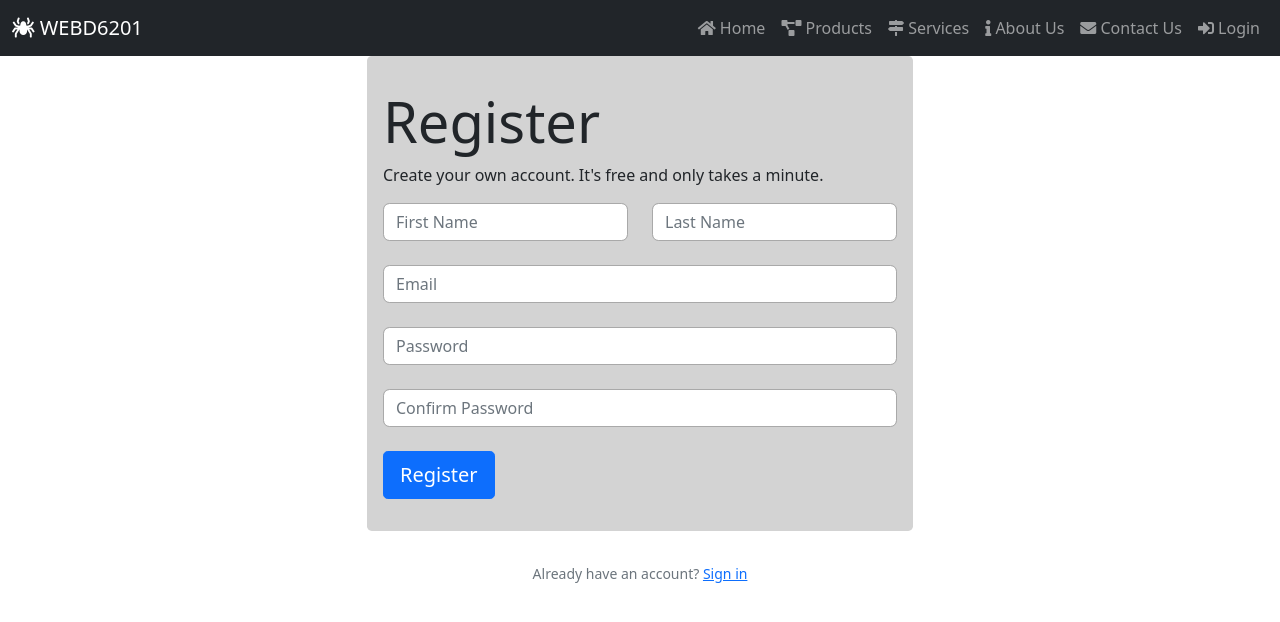
Repository: soumyann/soumyann11.github.io
Page: register.html
An editor plug-in stored every save of this project. The page is shown before and after the next save, followed by the edit.
The browser window is 1280 px wide. The pictures show the whole page.

Above is the page before, as saved 2022-02-27 17:52:39.

After the next save:
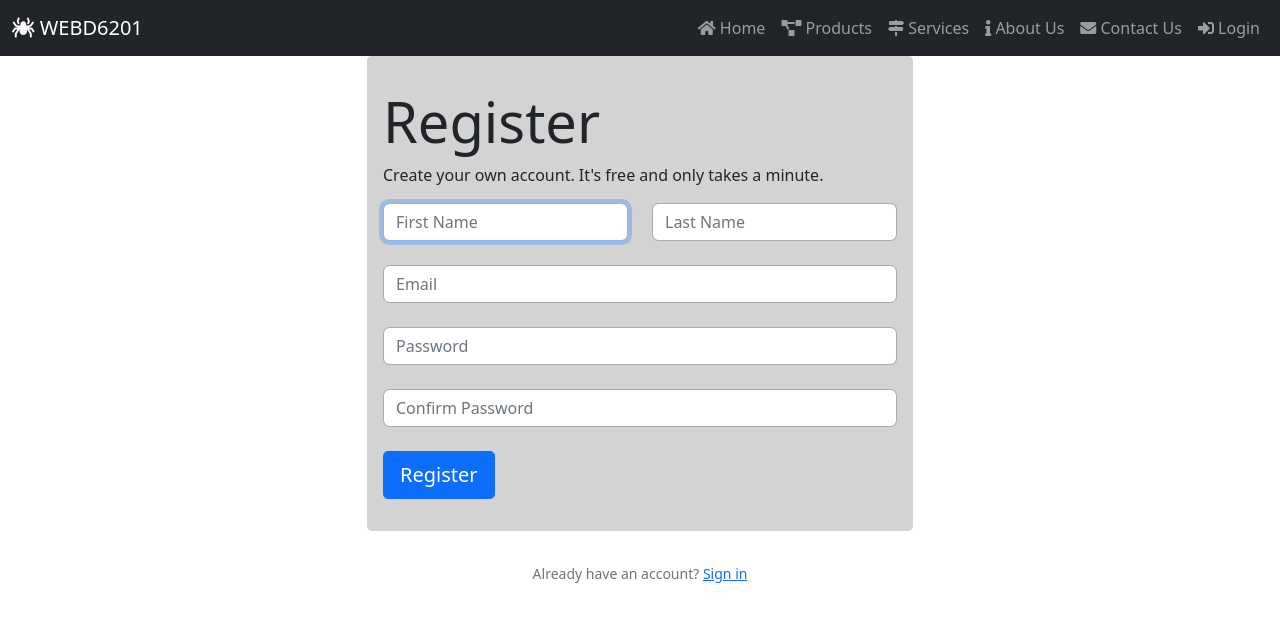
Saved 110 s later.
--- a/Scripts/app.js
+++ b/Scripts/app.js
@@ -377,6 +377,7 @@
     function DisplayRegisterPage()
     {
         console.log("Register Page");
+        $("#FirstName").focus();
 
         //2.c user enters their First Name and Last Name that the minimum length 2
         $("#FirstName").focusout(function () {
